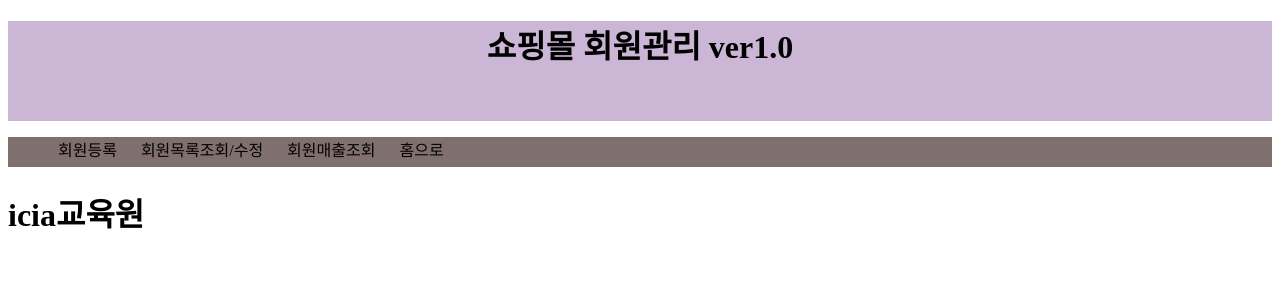
Repository: Kim-seongjun/javastudy2
Page: http://localhost/back_end_test/
These files come from the project's save history. The page is drawn as it stood at one moment and after the next save; the edit follows.
The browser window is 1280 px wide. The pictures show the whole page.
The page is served by Tomcat 9.

Above is the page before, as saved 2020-01-22 01:14:16.

After the next save:
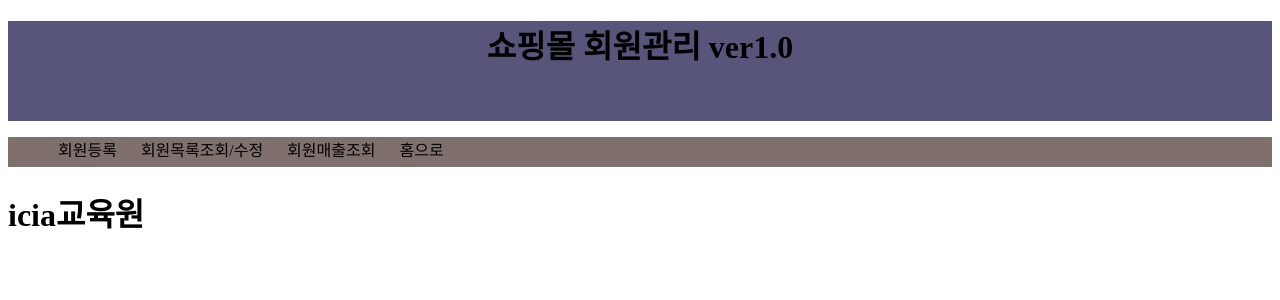
Saved 57 s later.
--- a/back_end_test/WebContent/index.jsp
+++ b/back_end_test/WebContent/index.jsp
@@ -7,7 +7,7 @@
 <title>Insert title here</title>
 <style>
 #header{
-	background-color: #CBB6D6;
+	background-color: #58557A;
 	text-align: center;
 	height: 100px;
 }
